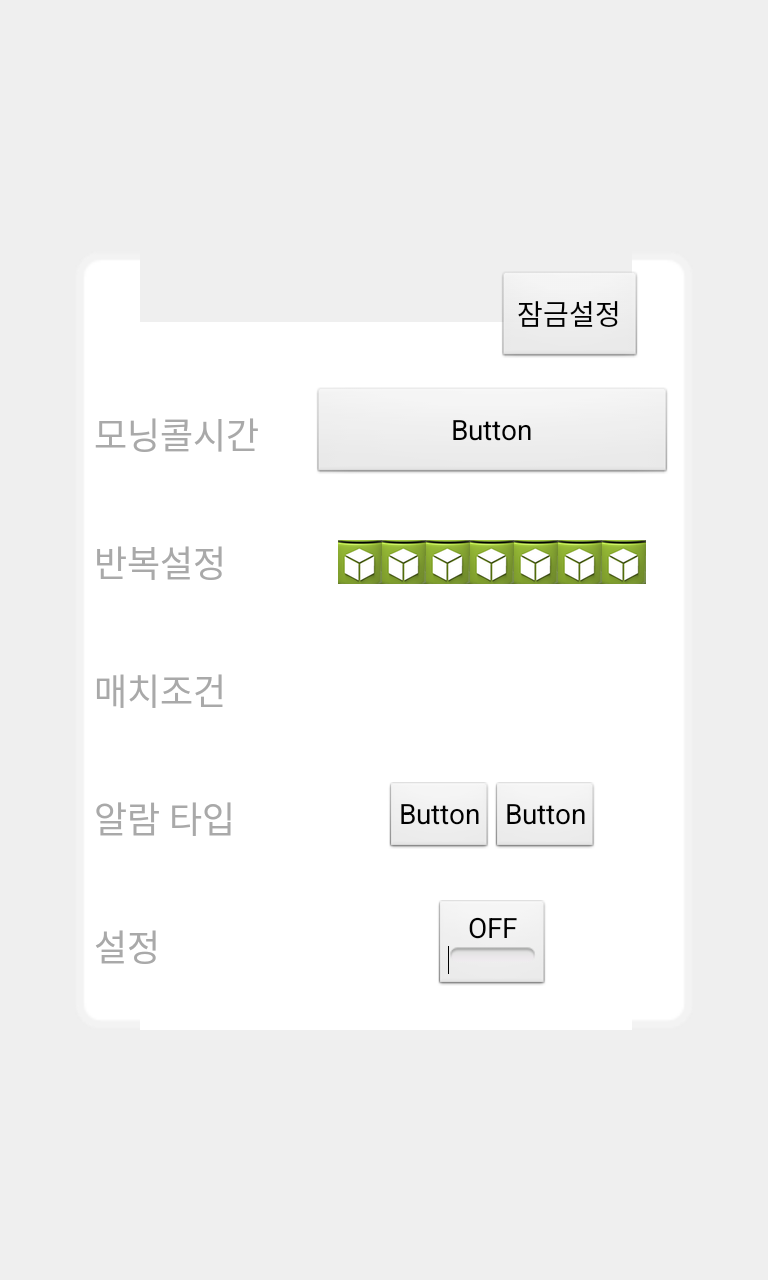
Repository: blacky512/smart_morning_call
Layout: client/SmartMorningCall/res/layout/randomcall_frag.xml
The author's editor kept a copy of each file at every save. The layout is drawn from the files as they stood at one save, then again after the next save.
It is drawn on a 768 x 1280 px phone screen (xhdpi) without system bars, with theme android:Theme.NoTitleBar; the app's code is not run.

Above is the layout before, as saved 2013-02-22 21:04:34.

### client/SmartMorningCall/res/layout/randomcall_frag.xml
<RelativeLayout xmlns:android="http://schemas.android.com/apk/res/android"
    xmlns:tools="http://schemas.android.com/tools"
    android:layout_width="match_parent"
    android:layout_height="match_parent"
    android:background="#EFEFEF"
    tools:context=".RandomCallActivity" >

    <LinearLayout
        android:layout_width="310dp"
        android:layout_height="wrap_content"
        android:layout_centerInParent="true"
        android:layout_marginTop="26dp"
        android:background="@drawable/te"
        android:orientation="vertical"
        android:padding="10dp" >

        <RelativeLayout
            android:id="@+id/RelativeLayout1"
            android:layout_width="260dp"
            android:layout_height="50dp"
            android:layout_gravity="center_horizontal" >

            <Button
                android:id="@+id/button1"
                android:layout_width="wrap_content"
                android:layout_height="wrap_content"
                android:layout_alignParentRight="true"
                android:layout_alignParentTop="true"
                android:text="잠금설정" />

        </RelativeLayout>

        <RelativeLayout
            android:layout_width="match_parent"
            android:layout_height="wrap_content" >

            <LinearLayout
                android:layout_width="match_parent"
                android:layout_height="320dp"
                android:layout_centerInParent="true"
                android:orientation="vertical"
                android:padding="0dp" >

                <LinearLayout
                    android:layout_width="match_parent"
                    android:layout_height="0dp"
                    android:layout_weight="1" >

                    <TextView
                        android:id="@+id/textView1"
                        android:layout_width="0dp"
                        android:layout_height="wrap_content"
                        android:layout_gravity="center_vertical"
                        android:layout_weight="0.6"
                        android:text="모닝콜시간"
                        android:textAppearance="?android:attr/textAppearanceMedium"
                        android:textColor="#a9a9a9" />

                    <RelativeLayout
                        android:layout_width="0dp"
                        android:layout_height="wrap_content"
                        android:layout_gravity="center_vertical"
                        android:layout_weight="1" >

                        <Button
                            android:id="@+id/btn_settime"
                            android:layout_width="match_parent"
                            android:layout_height="wrap_content"
                            android:layout_centerHorizontal="true"
                            android:layout_weight="1"
                            android:text="Button" />
                    </RelativeLayout>
                </LinearLayout>

                <LinearLayout
                    android:layout_width="match_parent"
                    android:layout_height="0dp"
                    android:layout_weight="1" >

                    <TextView
                        android:id="@+id/textView2"
                        android:layout_width="0dp"
                        android:layout_height="wrap_content"
                        android:layout_gravity="center_vertical"
                        android:layout_weight="0.6"
                        android:text="반복설정"
                        android:textAppearance="?android:attr/textAppearanceMedium"
                        android:textColor="#a9a9a9" />

                    <RelativeLayout
                        android:id="@+id/RelativeLayout1"
                        android:layout_width="0dp"
                        android:layout_height="match_parent"
                        android:layout_gravity="center_vertical"
                        android:layout_weight="1" >

                        <LinearLayout
                            android:layout_width="wrap_content"
                            android:layout_height="wrap_content"
                            android:layout_centerInParent="true" >

                            <ImageButton
                                android:id="@+id/btn_mon"
                                android:layout_width="22dp"
                                android:layout_height="22dp"
                                android:src="@drawable/ic_launcher" />

                            <ImageButton
                                android:id="@+id/btn_tue"
                                android:layout_width="22dp"
                                android:layout_height="22dp"
                                android:src="@drawable/ic_launcher" />

                            <ImageButton
                                android:id="@+id/btn_wed"
                                android:layout_width="22dp"
                                android:layout_height="22dp"
                                android:src="@drawable/ic_launcher" />

                            <ImageButton
                                android:id="@+id/btn_thu"
                                android:layout_width="22dp"
                                android:layout_height="22dp"
                                android:src="@drawable/ic_launcher" />

                            <ImageButton
                                android:id="@+id/btn_fri"
                                android:layout_width="22dp"
                                android:layout_height="22dp"
                                android:src="@drawable/ic_launcher" />

                            <ImageButton
                                android:id="@+id/btn_sat"
                                android:layout_width="22dp"
                                android:layout_height="22dp"
                                android:src="@drawable/ic_launcher" />

                            <ImageButton
                                android:id="@+id/btn_sun"
                                android:layout_width="22dp"
                                android:layout_height="22dp"
                                android:src="@drawable/ic_launcher" />
                        </LinearLayout>
                    </RelativeLayout>
                </LinearLayout>

                <LinearLayout
                    android:layout_width="match_parent"
                    android:layout_height="0dp"
                    android:layout_weight="1" >

                    <TextView
                        android:id="@+id/textView3"
                        android:layout_width="0dp"
                        android:layout_height="wrap_content"
                        android:layout_gravity="center_vertical"
                        android:layout_weight="0.6"
                        android:text="매치조건"
                        android:textAppearance="?android:attr/textAppearanceMedium"
                        android:textColor="#a9a9a9" />

                    <RelativeLayout
                        android:layout_width="0dp"
                        android:layout_height="match_parent"
                        android:layout_weight="1" >

                        <LinearLayout
                            android:layout_width="match_parent"
                            android:layout_height="match_parent"
                            android:layout_centerHorizontal="true"
                            android:layout_centerVertical="true" >
                        </LinearLayout>
                    </RelativeLayout>
                </LinearLayout>

                <LinearLayout
                    android:layout_width="match_parent"
                    android:layout_height="0dp"
                    android:layout_weight="1" >

                    <TextView
                        android:id="@+id/textView4"
                        android:layout_width="0dp"
                        android:layout_height="wrap_content"
                        android:layout_gravity="center_vertical"
                        android:layout_weight="0.6"
                        android:text="알람 타입"
                        android:textAppearance="?android:attr/textAppearanceMedium"
                        android:textColor="#a9a9a9" />

                    <RelativeLayout
                        android:layout_width="0dp"
                        android:layout_height="match_parent"
                        android:layout_weight="1"
                        android:gravity="center_horizontal" >

                        <LinearLayout
                            android:layout_width="wrap_content"
                            android:layout_height="wrap_content"
                            android:layout_centerInParent="true" >

                            <Button
                                android:id="@+id/button2"
                                style="?android:attr/buttonStyleSmall"
                                android:layout_width="wrap_content"
                                android:layout_height="wrap_content"
                                android:layout_gravity="center_horizontal"
                                android:text="Button" />

                            <Button
                                android:id="@+id/button3"
                                style="?android:attr/buttonStyleSmall"
                                android:layout_width="wrap_content"
                                android:layout_height="wrap_content"
                                android:layout_gravity="center_horizontal"
                                android:text="Button" />
                        </LinearLayout>
                    </RelativeLayout>
                </LinearLayout>

                <LinearLayout
                    android:layout_width="match_parent"
                    android:layout_height="0dp"
                    android:layout_weight="1" >

                    <TextView
                        android:id="@+id/textView5"
                        android:layout_width="0dp"
                        android:layout_height="wrap_content"
                        android:layout_gravity="center_vertical"
                        android:layout_weight="0.6"
                        android:text="설정"
                        android:textAppearance="?android:attr/textAppearanceMedium"
                        android:textColor="#a9a9a9" />

                    <RelativeLayout
                        android:layout_width="0dp"
                        android:layout_height="match_parent"
                        android:layout_weight="1" >

                        <RelativeLayout
                            android:id="@+id/RelativeLayout1"
                            android:layout_width="match_parent"
                            android:layout_height="match_parent"
                            android:layout_centerInParent="true" >

                            <ToggleButton
                                android:id="@+id/onoff"
                                android:layout_width="wrap_content"
                                android:layout_height="wrap_content"
                                android:layout_centerInParent="true"
                                android:text="ToggleButton" />
                        </RelativeLayout>
                    </RelativeLayout>
                </LinearLayout>
            </LinearLayout>
        </RelativeLayout>
    </LinearLayout>

</RelativeLayout>

After the next save:
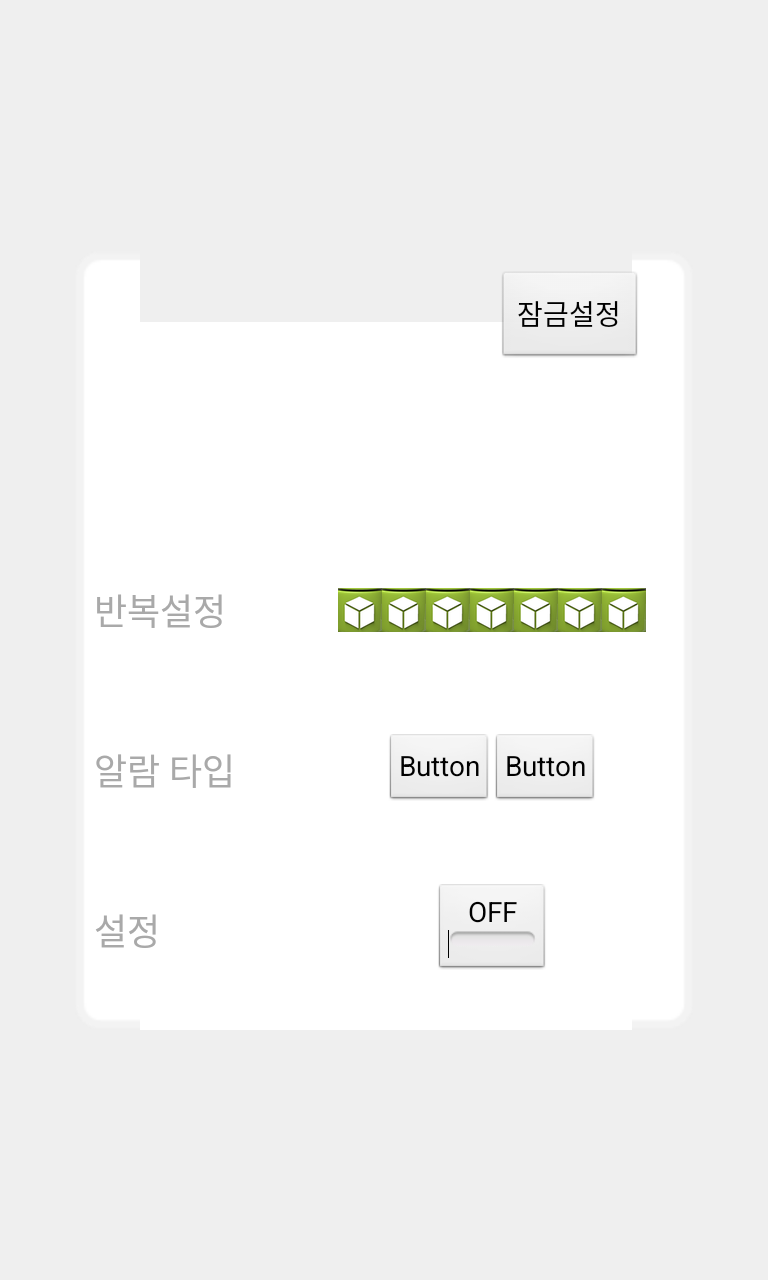
Saved 92 min 35 s later.
--- a/client/SmartMorningCall/res/layout/randomcall_frag.xml
+++ b/client/SmartMorningCall/res/layout/randomcall_frag.xml
@@ -46,29 +46,11 @@
                     android:layout_height="0dp"
                     android:layout_weight="1" >
 
-                    <TextView
-                        android:id="@+id/textView1"
-                        android:layout_width="0dp"
-                        android:layout_height="wrap_content"
-                        android:layout_gravity="center_vertical"
-                        android:layout_weight="0.6"
-                        android:text="모닝콜시간"
-                        android:textAppearance="?android:attr/textAppearanceMedium"
-                        android:textColor="#a9a9a9" />
-
                     <RelativeLayout
                         android:layout_width="0dp"
                         android:layout_height="wrap_content"
                         android:layout_gravity="center_vertical"
                         android:layout_weight="1" >
-
-                        <Button
-                            android:id="@+id/btn_settime"
-                            android:layout_width="match_parent"
-                            android:layout_height="wrap_content"
-                            android:layout_centerHorizontal="true"
-                            android:layout_weight="1"
-                            android:text="Button" />
                     </RelativeLayout>
                 </LinearLayout>
 
@@ -140,35 +122,6 @@
                                 android:layout_width="22dp"
                                 android:layout_height="22dp"
                                 android:src="@drawable/ic_launcher" />
-                        </LinearLayout>
-                    </RelativeLayout>
-                </LinearLayout>
-
-                <LinearLayout
-                    android:layout_width="match_parent"
-                    android:layout_height="0dp"
-                    android:layout_weight="1" >
-
-                    <TextView
-                        android:id="@+id/textView3"
-                        android:layout_width="0dp"
-                        android:layout_height="wrap_content"
-                        android:layout_gravity="center_vertical"
-                        android:layout_weight="0.6"
-                        android:text="매치조건"
-                        android:textAppearance="?android:attr/textAppearanceMedium"
-                        android:textColor="#a9a9a9" />
-
-                    <RelativeLayout
-                        android:layout_width="0dp"
-                        android:layout_height="match_parent"
-                        android:layout_weight="1" >
-
-                        <LinearLayout
-                            android:layout_width="match_parent"
-                            android:layout_height="match_parent"
-                            android:layout_centerHorizontal="true"
-                            android:layout_centerVertical="true" >
                         </LinearLayout>
                     </RelativeLayout>
                 </LinearLayout>
